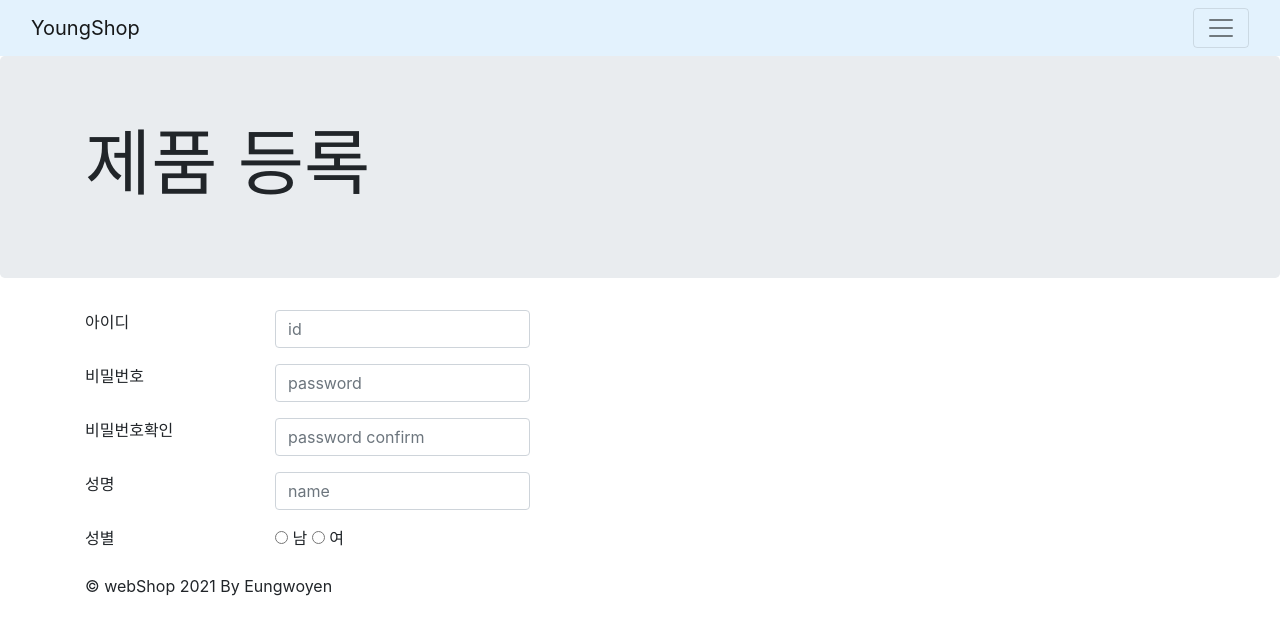
Repository: khss4008/JSP_project
Page: http://localhost/Webshop2/product/addProduct.jsp
These files come from the project's save history. The page is drawn as it stood at one moment and after the next save; the edit follows.
The browser window is 1280 px wide. The pictures show the whole page.
The page is served by Tomcat 9.

Above is the page before, as saved 2021-11-04 06:05:28.
Console error: TypeError: Cannot read properties of undefined (reading 'fn')

After the next save:
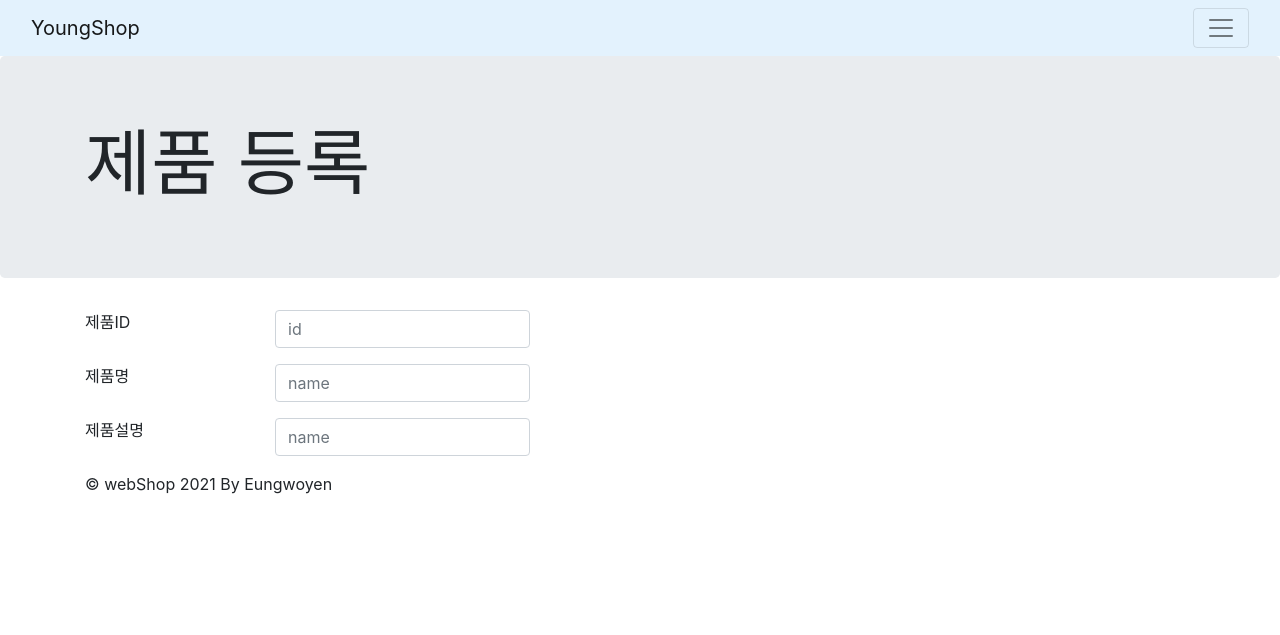
Saved 4 min 6 s later.
--- a/Webshop2/WebContent/product/addProduct.jsp
+++ b/Webshop2/WebContent/product/addProduct.jsp
@@ -15,38 +15,31 @@
    </div>
 
    <div class="container">
-      <form name="newMember" class="form-horizontal"  action="/product/products.jsp" method="post" onsubmit="return checkForm()">
+      <form name="newProduct" class="form-horizontal"  action="addCheck.jsp" method="post" onsubmit="return checkForm()">
          <div class="form-group  row">
-            <label class="col-sm-2 ">아이디</label>
+            <label class="col-sm-2 ">제품ID</label>
             <div class="col-sm-3">
                <input name="id" type="text" class="form-control" placeholder="id" >
             </div>
          </div>
+
+
          <div class="form-group  row">
-            <label class="col-sm-2">비밀번호</label>
-            <div class="col-sm-3">
-               <input name="password" type="password" class="form-control" placeholder="password" >
-            </div>
-         </div>
-         <div class="form-group  row">
-            <label class="col-sm-2">비밀번호확인</label>
-            <div class="col-sm-3">
-               <input name="password_confirm" type="password" class="form-control" placeholder="password confirm" >
-            </div>
-         </div>
-         <div class="form-group  row">
-            <label class="col-sm-2">성명</label>
+            <label class="col-sm-2">제품명</label>
             <div class="col-sm-3">
                <input name="name" type="text" class="form-control" placeholder="name" >
             </div>
          </div>
-         <div class="form-group  row">
-            <label class="col-sm-2">성별</label>
-            <div class="col-sm-10">
-               <input name="gender" type="radio" value="남" /> 남
-               <input name="gender" type="radio" value="여" /> 여
+
+          <div class="form-group  row">
+            <label class="col-sm-2">제품설명</label>
+            <div class="col-sm-3">
+               <input name="name" type="text" class="form-control" placeholder="name" >
             </div>
          </div>
+
+
+
       </form>
    </div>
 
